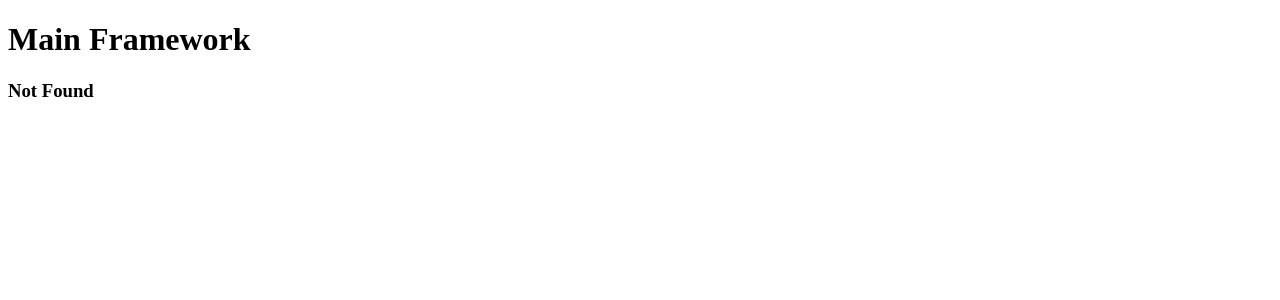
Repository: GregorPiev/angularjs-add-book
Page: index.html
The author's editor kept a copy of each file at every save. The page is drawn from the files as they stood at one save, then again after the next save.
The browser window is 1280 px wide. The pictures show the whole page.

Above is the page before, as saved 2020-09-23 16:00:19.

### index.html
<!DOCTYPE html>
<html lang="en" ng-app="addBook">
	<head>
		<meta charset="UTF-8" />
		<meta name="viewport" content="width=device-width, initial-scale=1.0" />
		<title>Add Book - Test AngularJS</title>
		<base href="/" />
		<link href="node_modules/bootstrap/dist/css/bootstrap.min.css" />
	</head>
	<body>
		<main></main>
		<div ng-view></div>
		<script src="node_modules/angular/angular.min.js"></script>
		<script src="node_modules/angular-route/angular-route.min.js"></script>
		<script src="node_modules/angular-resource/angular-resource.min.js"></script>

		<script src="app/app.module.js"></script>
		<script src="app/app.config.js"></script>

		<script src="app/main/main.module.js"></script>
		<script src="app/main/main.component.js"></script>
		<script src="app/main/component/main.controller.js"></script>

		<script src="app/genre/genre.module.js"></script>
		<script src="app/genre/genre.component.js"></script>
		<script src="app/genre/component/genre.controller.js"></script>

		<script src="app/subgenre/subgenre.module.js"></script>
		<script src="app/subgenre/subgenre.component.js"></script>
		<script src="app/subgenre/component/subgenre.controller.js"></script>

		<script src="app/add-subgenre/add-subgenre.module.js"></script>
		<script src="app/add-subgenre/add-subgenre.component.js"></script>
		<script src="app/add-subgenre/component/add-subgenre.controller.js"></script>

		<script src="app/add-book/add-book.module.js"></script>
		<script src="app/add-book/add-book.component.js"></script>
		<script src="app/add-book/component/add-book.controller.js"></script>

		<!-- <script src="app/service/service.module.js"></script>
		<script src="app/service/service.service.js"></script> -->
	</body>
</html>

### app/app.module.js
'use strict'
angular.module('addBook', [
    'ngRoute',
    'ngResource',

    'main',
    'genre',
    'subgenre',
    'addSubgenre',
    'addBookItem'
]);

### app/app.config.js
'use strict'
angular.module('addBook')
    .config(function (
        $locationProvider,
        $routeProvider
    ) {
        console.info("Config");
        $locationProvider.html5Mode({ enabled: true });
        $routeProvider
            .when('/', {
                template: '<genre></genre>'
            })
            .when('/subgenre/:id', {
                template: '<subgenre></subgenre>'
            })
            .when('/add-subgenre/:id', {
                template: '<add-subgenre></add-subgenre>'
            })
            .when('/add-book', {
                template: '<add-book></add-book>'
            })
            .otherwise({
                template: '<h3>Not Found</h3>'
            })
    });

### app/main/main.module.js
'use strict'
angular.module('main', []);

### app/main/main.component.js
angular.module('main')
    .component('main', {
        templateUrl: '/app/main/component/main.template.html',
        controller: 'mainController',
        controllerAs: 'Main'
    })

### app/main/component/main.controller.js
'use strict'
angular.module('main')
    .controller('mainController', function ($scope) {
        $scope.title = 'Main Framework'
    })

### app/genre/genre.module.js
'use strict'
angular.module('genre', []);

### app/genre/genre.component.js
angular.module('genre')
    .component('genreComponent', {
        templateUrl: '/app/genre/component/genre.template.html',
        controller: 'genreController',
        controllerAs: 'Genre'
    })

### app/genre/component/genre.controller.js
angular.module('genre')
    .controller('genreController', function ($scope) {
        $scope.title = 'Genre fgdfgdfgdf';
        console.log('genreController');

    })

### app/subgenre/subgenre.module.js
'use strict'
angular.module('subgenre', []);

### app/subgenre/subgenre.component.js
angular.module('subgenre')
    .component('subgenreComponent', {
        templateUrl: '/app/subgenre/component/subgenre.template.html',
        controller: 'subgenreController',
        controllerAs: 'Subgenre'
    })

### app/subgenre/component/subgenre.controller.js
angular.module('subgenre')
    .controller('subgenreController', function ($scope, $routeParams) {
        var id = $routeParams.id;
        $scope.title = `SubGenre ${id}`;
    })

### app/add-subgenre/add-subgenre.module.js
'use strict'
angular.module('addSubgenre', []);

### app/add-subgenre/add-subgenre.component.js
'use strict'
angular.module('addSubgenre')
    .component('addSubgenreComponent', {
        templateUrl: '/app/add-subgenre/component/add-subgenre.template.html',
        controller: 'addSubgenreController',
        controllerAs: 'AddSubgenre'
    })

### app/add-subgenre/component/add-subgenre.controller.js
'use strict'
angular.module('addSubgenre')
    .controller('addSubgenreController', function ($scope, $routeParams) {
        var id = $routeParams.id;
        $scope.title = `Add Subgenre: ${id}`;
    });

### app/add-book/add-book.module.js
'use strict'
angular.module('addBookItem', []);

### app/add-book/add-book.component.js
'use strict'
angular.module('addBookItem')
    .component('addBookItemComponent', {
        templateUrl: '/app/add-book/component/add-book.template.html',
        controller: 'addBookItemController',
        controllerAs: 'AddBookItem'
    });

### app/add-book/component/add-book.controller.js
'use strict'
angular.module('addBookItem')
    .controller('addBookItemController', function ($scope, $routeParams) {
        $scope.title = 'Add Book'
    });

Loaded but not shown: node_modules/angular/angular.min.js (library); node_modules/angular-route/angular-route.min.js (library); node_modules/angular-resource/angular-resource.min.js (library); app/main/component/main.template.html (common file)

After the next save:
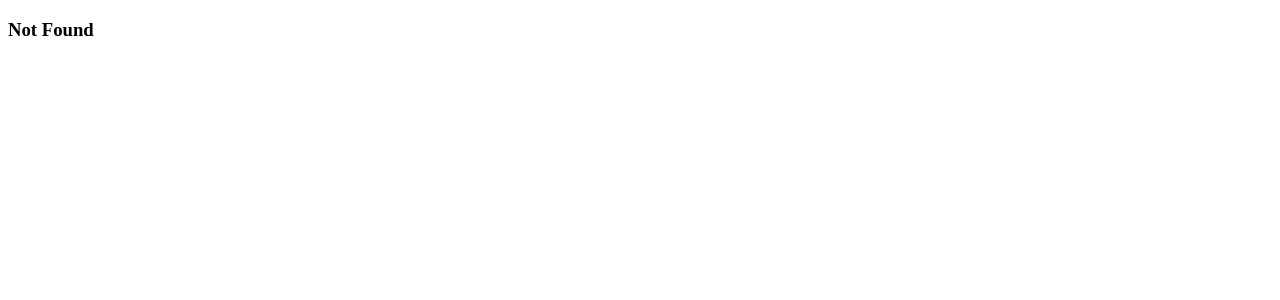
Saved 15 s later.
--- a/index.html
+++ b/index.html
@@ -8,7 +8,7 @@
 		<link href="node_modules/bootstrap/dist/css/bootstrap.min.css" />
 	</head>
 	<body>
-		<main></main>
+		<!-- <main></main> -->
 		<div ng-view></div>
 		<script src="node_modules/angular/angular.min.js"></script>
 		<script src="node_modules/angular-route/angular-route.min.js"></script>

After the save that followed:
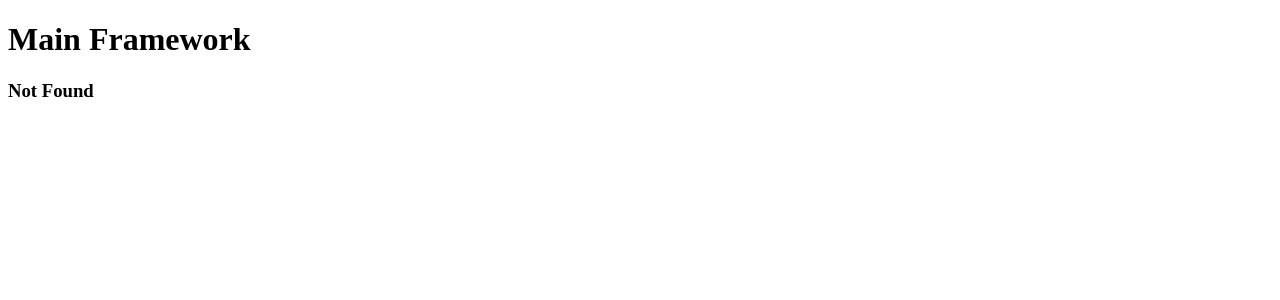
Saved 11 s later.
--- a/index.html
+++ b/index.html
@@ -8,7 +8,7 @@
 		<link href="node_modules/bootstrap/dist/css/bootstrap.min.css" />
 	</head>
 	<body>
-		<!-- <main></main> -->
+		<main></main>
 		<div ng-view></div>
 		<script src="node_modules/angular/angular.min.js"></script>
 		<script src="node_modules/angular-route/angular-route.min.js"></script>
